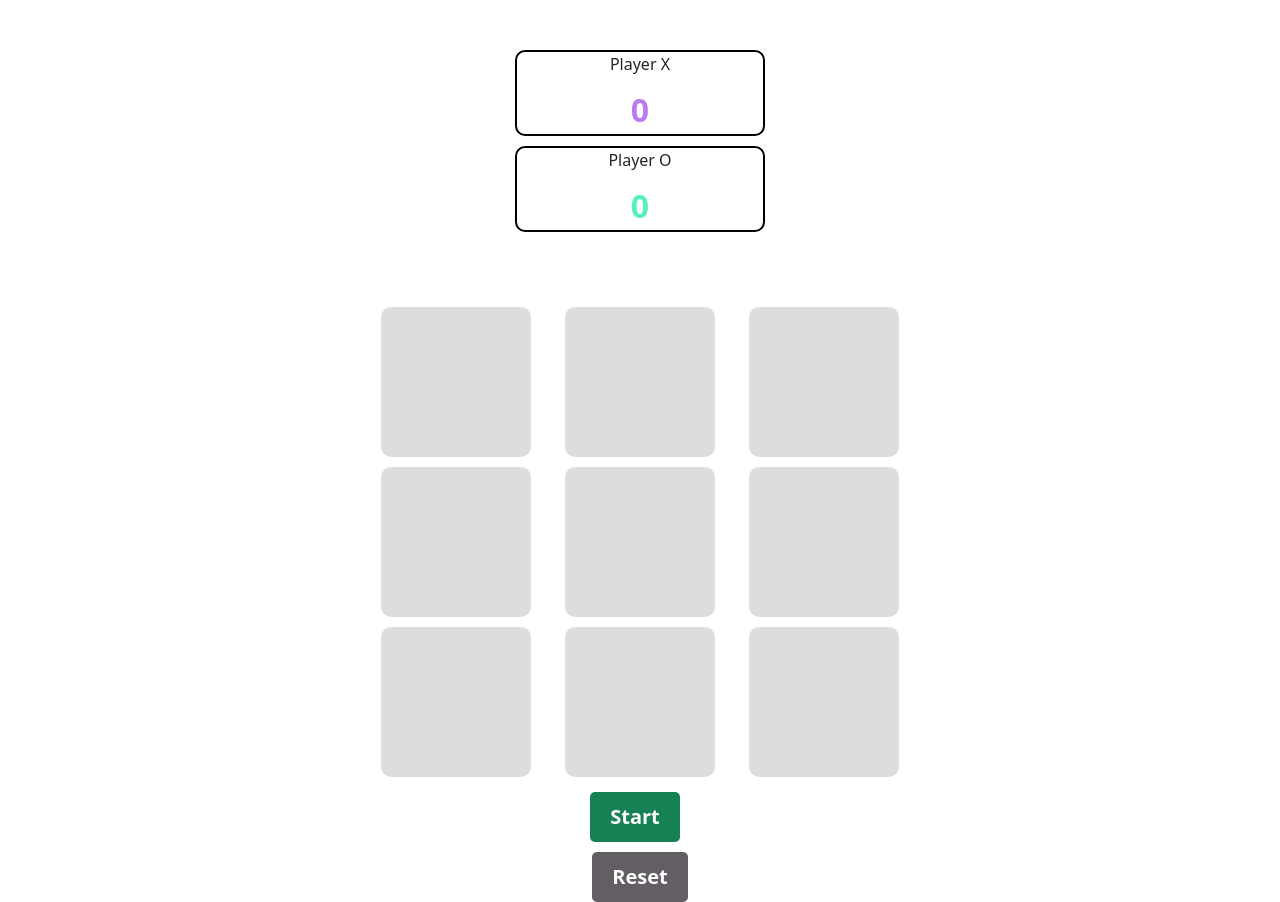
Repository: woodsdeshe/Tic-Tac-Toe
Page: index.html
An editor plug-in stored every save of this project. The page is shown before and after the next save, followed by the edit.
The browser window is 1280 px wide. The pictures show the whole page.

Above is the page before, as saved 2023-03-31 21:38:12.

### index.html
<!DOCTYPE html>
<html lang="en">
  <head>
    <meta charset="UTF-8" />
    <meta http-equiv="X-UA-Compatible" content="IE=edge" />
    <meta name="viewport" content="width=device-width, initial-scale=1.0" />
    <title>Tic Tac Toe | DeShe Woods</title>
    <link rel="stylesheet" href="styles.css" />
    <link
      href="https://cdn.jsdelivr.net/npm/bootstrap@5.3.0-alpha2/dist/css/bootstrap.min.css"
      rel="stylesheet"
      integrity="sha384-aFq/bzH65dt+w6FI2ooMVUpc+21e0SRygnTpmBvdBgSdnuTN7QbdgL+OapgHtvPp"
      crossorigin="anonymous"
    />
  </head>
  <body>
    <div class="container">
      <div class="row">
        <div class="col-12 scoreboard scoreboard-left">
          <div>Player X</div>
          <div class="score-x">0</div>
        </div>
        <div class="col-12 scoreboard scoreboard-right">
          <div>Player O</div>
          <div class="score-o">0</div>
        </div>
      </div>
      <div class="message"></div>
      <div class="container game-board">
        <div class="row">
          <div class="col-4">
            <div class="tile square-1"></div>
          </div>
          <div class="col-4">
            <div class="tile square-2"></div>
          </div>
          <div class="col-4">
            <div class="tile square-3"></div>
          </div>
        </div>
        <div class="row">
          <div class="col-4">
            <div class="tile square-4"></div>
          </div>
          <div class="col-4">
            <div class="tile square-5"></div>
          </div>
          <div class="col-4">
            <div class="tile square-6"></div>
          </div>
        </div>
        <div class="row">
          <div class="col-4">
            <div class="tile square-7"></div>
          </div>
          <div class="col-4">
            <div class="tile square-8"></div>
          </div>
          <div class="col-4">
            <div class="tile square-9"></div>
          </div>
        </div>
      </div>
        <div class="start">
            <button class="startBtn">Start</button>
        </div>
        <div class="reset">
            <button class="reset-btn">Reset</button>
        </div>
    </div>
    <script
      src="https://cdn.jsdelivr.net/npm/bootstrap@5.3.0-alpha2/dist/js/bootstrap.bundle.min.js"
      integrity="sha384-qKXV1j0HvMUeCBQ+QVp7JcfGl760yU08IQ+GpUo5hlbpg51QRiuqHAJz8+BrxE/N"
      crossorigin="anonymous"
    ></script>
    <script src="script.js"></script>
  </body>
</html>

### styles.css
.container {
  display: flex;
  flex-direction: column;
  align-items: center;
  margin-top: 50px;
}

.scoreboard {
  display: flex;
  flex-direction: column;
  align-items: center;
  border: 2px solid black;
  border-radius: 10px;
  width: 200px;
}

.scoreboard-left {
  margin-right: 70px;
  margin-bottom: 10px;
}

.scoreboard-right {
  margin: 0;
}

.score-x {
  font-size: 48px;
  color: rgb(184, 123, 241);
}

.score-o {
  font-size: 48px;
  color: rgb(83, 240, 193);
}

.score-x,
.score-o {
  font-size: 2em;
  font-weight: bold;
  margin-top: 10px;
}

.message {
  font-size: 2em;
  margin-bottom: 20px;
}

.game-board {
  display: flex;
  justify-content: center;
}

.tile {
  width: 150px;
  height: 150px;
  background-color: #ddd;
  margin: 5px;
  border-radius: 10px;
  display: flex;
  justify-content: center;
  align-items: center;
  font-size: 50px;
  font-weight: bold;
  cursor: pointer;
}

.startBtn {
    font-size: 20px;
    font-weight: bold;
    padding: 10px 20px;
    background-color: #158154;
    color: white;
    border-radius: 5px;
    border: none;
    cursor: pointer;
}

.start,
.reset {
  display: flex;
  justify-content: center;
  margin-top: 10px;
}

.startBtn,
.reset-btn {
  font-size: 20px;
  font-weight: bold;
  padding: 10px 20px;
  border-radius: 5px;
  border: none;
  cursor: pointer;
}

.reset-btn {
  font-size: 20px;
  font-weight: bold;
  padding: 10px 20px;
  background-color: #625e64;
  color: white;
  border-radius: 5px;
  border: none;
  cursor: pointer;
}

.startBtn {
    background-color: #158154;
    color: white;
    margin-right: 10px;
  }

.x-symbol {
    color: rgb(184, 123, 241);
}

.o-symbol {
    color: rgb(83, 240, 193);
}

@media (max-width: 767px) {
  .scoreboard {
    margin-bottom: 20px;
  }
}

### script.js
// Variables that access the squares, reset button, scoreboards , and messaging for the game that will stay constant
const gameBoard = document.querySelector(".game-board");
const resetBtn = document.querySelector(".reset-btn");
const scoreboardX = document.querySelector(".score-x");
const scoreboardO = document.querySelector(".score-o");
const message = document.querySelector(".message");
const tile = document.querySelectorAll(".tile");

// Variables that access the current player, game over, X and O scores that will change based on conditions of the game
let currentPlayer = "X";
let gameOver = false;
let xScore = 0;
let oScore = 0;

// This event listener will check to see if the tiles are empty and will fill them with the symbol of the current player

gameBoard.addEventListener("click", (event) => {
  event.preventDefault();

  //This if statement checks to see if the game is over before allowing the players to continue playing. If gameOver is true, then the board becomes unclickable
  if (gameOver) {
    return;
  }

  // This variable will hold the square that gets clicked using the .target property
  const square = event.target;

  // Checks to see if the square contains a class of tile and the square is empty. If it's empty then the square will contain a symbol and alternate the symbol according to the current player
  if (square.classList.contains("tile") && square.textContent === "") {
    // This if statement adds or removes the appropriate symbol class based on the current player so that the colors of the symbols will be different
    if (currentPlayer === "X") {
      square.classList.add("x-symbol");
      square.classList.remove("o-symbol");
    } else {
      square.classList.add("o-symbol");
      square.classList.remove("x-symbol");
    }

    square.textContent = currentPlayer;

    //Updates the message variable to show who's turn it is on the screen
    message.textContent = `It's ${currentPlayer} turn`;

    currentPlayer = currentPlayer === "X" ? "O" : "X";
  }

  //Calls the checkForWinner function after each turn to see if a player has won
  checkForWinner();
});

// Check to see if the tiles contain a winning play of a specific player
function currentPlay(plays, player) {
  // The .every method checks through every tile within the player array that checks to see if they contain the current players symbol with a boolean "true" or "false"
  return plays.every((tile) => {
    tileElement = document.querySelector(`.square-${tile}`);
    return tileElement.textContent === player;
  });
}

// This function will check to see which player has the winning set after each move
function checkForWinner() {
  // Nested arrays that show all the winning plays that are needed to win
  const winningPlays = [
    [1, 2, 3],
    [4, 5, 6],
    [7, 8, 9],
    [1, 4, 7],
    [2, 5, 8],
    [3, 6, 9],
    [1, 5, 9],
    [3, 5, 7],
  ];

  // Loops through each array within "winingPlays" and stores the values in the variable "plays"
  for (let i = 0; i < winningPlays.length; i++) {
    const plays = winningPlays[i];

    // Create if/else conditions that will check to see if the current player has a winning play thats in 'winningPlays', if no one wins, it calls the "itsATie" function to alert the players that the game is over and prevents the players from continuing to play using th endGame function"
    if (currentPlay(plays, "X")) {
      xScore++;
      scoreboardX.textContent = xScore;
      message.textContent = "Player X Wins!";
      gameOver = true;
      endGame();
    } else if (currentPlay(plays, "O")) {
      oScore++;
      scoreboardO.textContent = oScore;
      message.textContent = "Player O Wins!";
      gameOver = true;
      endGame();
    } else if (itsATie()) {
      message.textContent = "Game over! It's a tie!!!";
      gameOver = true;
      endGame();
    }
  }

  // This function iterates through all the tiles on the board and checks to see if the board is full. If there isn't any empty tiles left, it returns true.
  function itsATie() {
    for (let i = 0; i < tile.length; i++) {
      if (tile[i].textContent === "") {
        return false;
      }
    }
    return true;
  }

  // This function iterates through all the tiles in the game and removes the gameBoard listener so that the board is no longer clickable when the game is over
  function endGame() {
    for (let i = 0; i < tile.length; i++) {
      tile[i].removeEventListener("click", handleClick);
    }
  }
}

//This function resets the game
function resetGame() {
  currentPlayer = "X";
  gameOver = false;
  message.textContent = `It's ${currentPlayer} turn`;
  scoreboardX.textContent = "0";
  scoreboardO.textContent = "0";
  xScore = 0;
  oScore = 0;

  // Clears the board by setting the text content of all tiles to an empty string
  tile.forEach((tile) => {
    tile.textContent = "";
  });

  // Add back the event listener to each tile so that they are clickable again
  tile.forEach((tile) => {
    tile.addEventListener("click", handleTileClick);
  });
}

resetBtn.addEventListener("click", () => {
  resetGame();
});

After the next save:
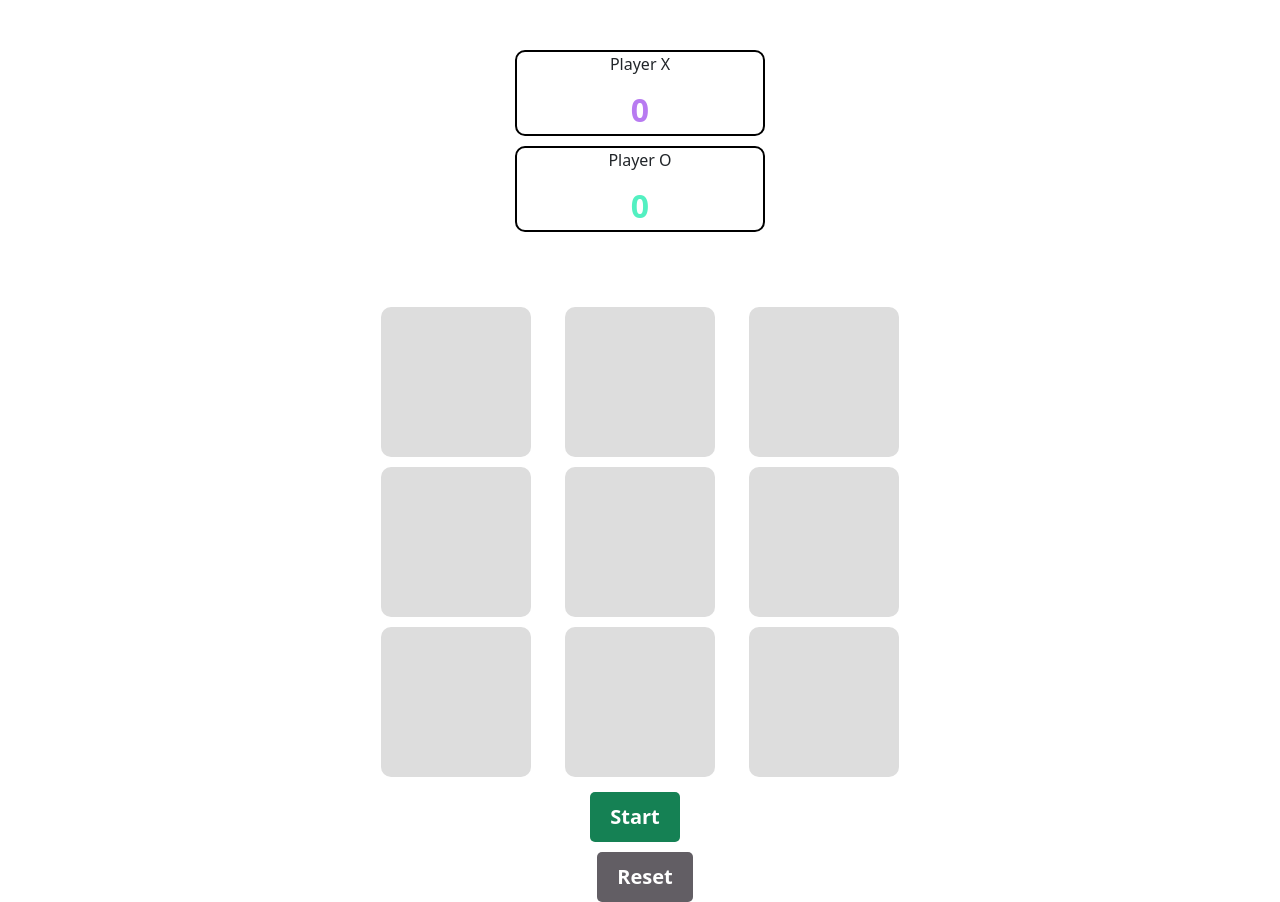
Saved 10 s later.
--- a/styles.css
+++ b/styles.css
@@ -93,15 +93,10 @@
 }
 
 .reset-btn {
-  font-size: 20px;
-  font-weight: bold;
-  padding: 10px 20px;
-  background-color: #625e64;
-  color: white;
-  border-radius: 5px;
-  border: none;
-  cursor: pointer;
-}
+    background-color: #625e64;
+    color: white;
+    margin-left: 10px;
+  }
 
 .startBtn {
     background-color: #158154;

After the save that followed:
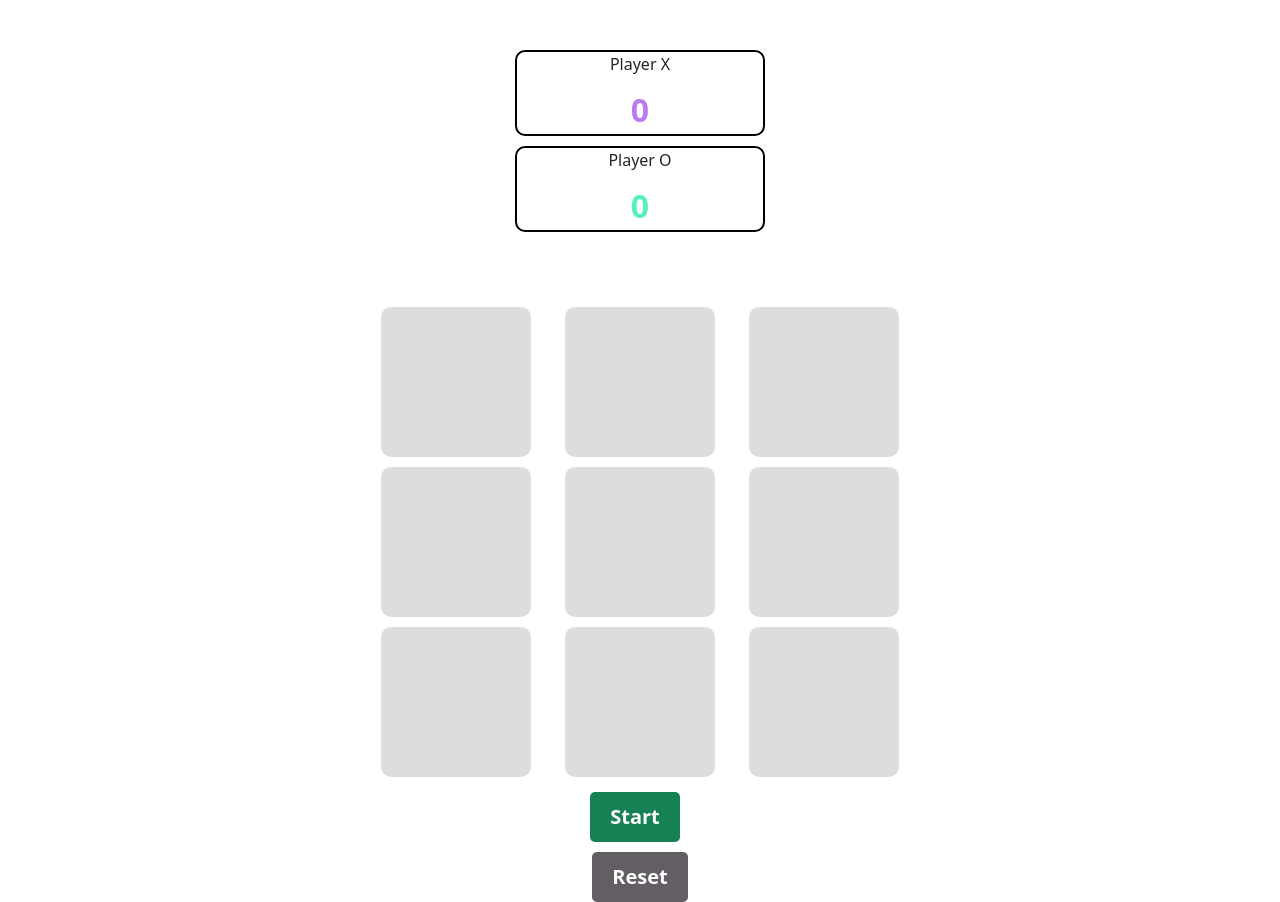
Saved 33 s later.
--- a/styles.css
+++ b/styles.css
@@ -95,7 +95,6 @@
 .reset-btn {
     background-color: #625e64;
     color: white;
-    margin-left: 10px;
   }
 
 .startBtn {
